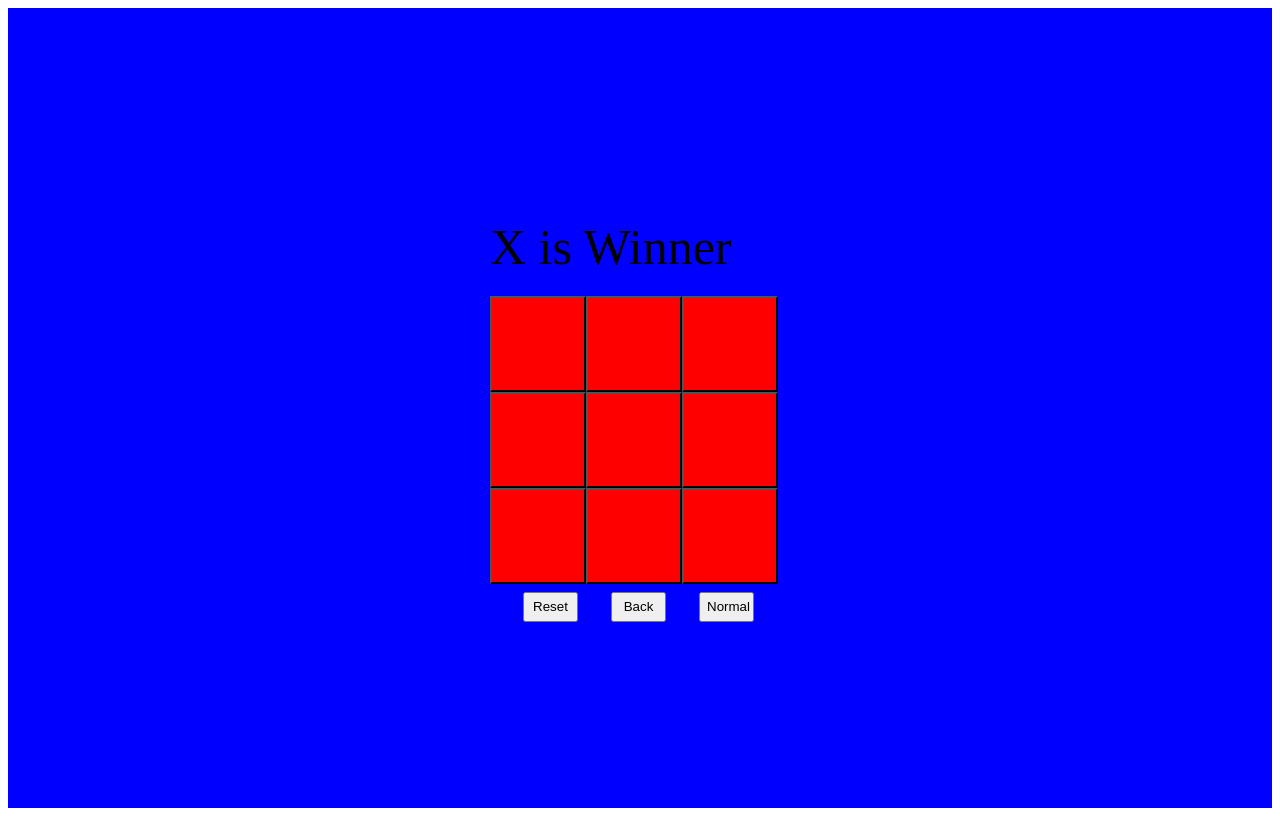
Repository: Mush-s/Folio-OX
Page: /game
An editor plug-in stored every save of this project. The page is shown before and after the next save, followed by the edit.
The browser window is 1280 px wide. The pictures show the whole page.
The project was rebuilt for these pictures with package versions that can differ from the ones it lists, and the page was loaded fresh each time.

Above is the page before, as saved 2022-09-02 11:37:58.

### src/index.js
import { createRoot } from "react-dom/client";
import App from "./App";
const container = document.getElementById("root");
const root = createRoot(container);
root.render(<App />);

### src/App.js
import "./App.css";
import Game from "./Game/Game";

const App = () => {
  return (
    <div className="app">
      <Game />
    </div>
  );
};

export default App;

### src/App.css
.app {
  position: relative;
  height: 50em;
  background-color: blue;
}

### src/Game/Game.js
import { useEffect, useState } from "react";
import Cell from "./Cell";
import { Pattern } from "../Patterns/Pattern";
import GameOver from "../GameOver/GameOver";

import "./Game.css";

const Game = () => {
  const [player, setPlayer] = useState("O");
  const [countDown, setCountDown] = useState(8);
  const [gameOver, setGameOver] = useState(false);
  const [result, setResult] = useState();
  const [mode, setMode] = useState("Normal");
  const [time, setTime] = useState(5);

  const [cellValues, setCellValues] = useState([
    "",
    "",
    "",
    "",
    "",
    "",
    "",
    "",
    "",
  ]);

  useEffect(() => {
    checkWin();
  });

  let timer;
  const updataCount = () => {
    timer = setInterval(() => {
      setTime((preC) => preC - 1);
    }, 1000);

    if (time === 0) {
      clearInterval(timer);
      if (player === "O") {
        setResult("X is Winner");
        setGameOver(true);
      }
      if (player === "X") {
        setResult("O is Winner");
        setGameOver(true);
      }
    }
  };

  useEffect(() => {
    updataCount();
    console.log(time);
    return () => clearInterval(timer);
  });

  useEffect(() => {
    setTime(5);
  }, [player]);

  const isCellEmpty = (index) => cellValues[index] === "";

  //Cell Clicked ここから

  const clickHandler = (index) => {
    if (isCellEmpty(index)) {
      setCountDown(countDown - 1);
      const newCellValues = [...cellValues];
      newCellValues[index] = player;
      setCellValues(newCellValues);

      if (player === "O") {
        setPlayer("X");
      } else {
        setPlayer("O");
      }

      if (countDown === 0) {
        setGameOver(true);
        setResult("引き分けです");
      }
      // Repaint mode 処理
    } else {
      if (mode === "Repaint") {
        setCountDown(countDown - 1);
        const newCellValues = [...cellValues];
        newCellValues[index] = player;
        setCellValues(newCellValues);

        if (player === "O") {
          setPlayer("X");
        } else {
          setPlayer("O");
        }
      }
      setMode("Normal");
    }
  };

  //Reset Button ここから

  const resetHandler = () => {
    setPlayer("O");
    setCountDown(8);
    setCellValues(["", "", "", "", "", "", "", "", ""]);
    setResult();
  };

  //Back button ここから

  const backHandler = () => {
    // setCountDown(countDown + 1);
    // const backedValues = [...cellValues]
    // setCellValues(backedValues)
    // if (player === "O") {
    //   setPlayer("X");
    // } else {
    //   setPlayer("O");
    // }
  };

  //Change button ここから

  const ChangeHandler = () => {
    if (mode === "Normal") {
      setMode("Repaint");
    }
    if (mode === "Repaint") {
      setMode("Normal");
    }
  };
  //勝ち負け判定

  const checkWin = () => {
    Pattern.forEach((currPa) => {
      const firstPlayer = cellValues[currPa[0]];
      if (firstPlayer === "") return;
      console.log(cellValues[currPa[0]]);
      let foundWiiningPattern = true;
      currPa.forEach((i) => {
        if (cellValues[i] !== firstPlayer) {
          foundWiiningPattern = false;
        }
      });

      if (foundWiiningPattern) {
        if (player === "O") {
          setResult("X is Winner");
          setGameOver(true);
        } else {
          setResult("O is Winner");
          setGameOver(true);
        }
      }
    });
  };
  return (
    <div className="game">
      <div className="result">{result}</div>
      {!gameOver && <div className="turn">{player}'s Turn</div>}
      {!gameOver && <p className="timer">You have {time} seconds</p>}
      {cellValues.map((value, index) => (
        <Cell key={index} value={value} onClick={() => clickHandler(index)} />
      ))}
      <GameOver
        mode={mode}
        onClick={resetHandler}
        onBack={backHandler}
        onChange={ChangeHandler}
      />
    </div>
  );
};

export default Game;

### src/Game/Cell.js
import "./Cell.css";

const Cell = (props) => {
  return (
    <div className="cell flat border">
      <button onClick={props.onClick}>{props.value}</button>
    </div>
  );
};

export default Cell;

### src/Patterns/Pattern.js
export const Pattern = [
  [0, 1, 2],
  [3, 4, 5],
  [6, 7, 8],
  [0, 3, 6],
  [1, 4, 7],
  [2, 5, 8],
  [0, 4, 8],
  [2, 4, 6],
];

### src/GameOver/GameOver.js
import "./GameOver.css";

const GameOver = (props) => {
  return (
    <div className="gameover">
      <button onClick={props.onClick}>Reset</button>
      <button onClick={props.onBack}>Back</button>
      <button className="changeMode" onClick={props.onChange}>
        {props.mode}
      </button>
    </div>
  );
};

export default GameOver;

### src/Game/Game.css
.game {
  position: absolute;
  top: 45%;
  left: 50%;
  margin-right: -50%;
  transform: translate(-50%, -50%);
  height: 300px;
  width: 300px;
  display: flex;
  flex-wrap: wrap;
}

.game .result {
  font-size: 50px;
  margin-bottom: 20px;
}

.game .timer{
  font-size:30px;
  margin-bottom:15px;
}

.game .turn{
  font-size: 30px;
}

### src/Game/Cell.css
.cell {
    height: 32%;
    width: 32%;
}
.cell button{
  width:100%;
  height:100%;
  color:aqua;
  background-color: red;
}


  .flat.border:hover {
    background: #ff9300;
    color: #fff;
  }
  .flat.border:active, .flat.border:focus {
    top: 2px;
  }

### src/GameOver/GameOver.css
.gameover {
  text-align: center;
  font-size: 30px;
}

.gameover button {
  width: 55px;
  height: 30px;
  margin-left: 33px;
}

Loaded but not shown: public/index.html (common file)

After the next save:
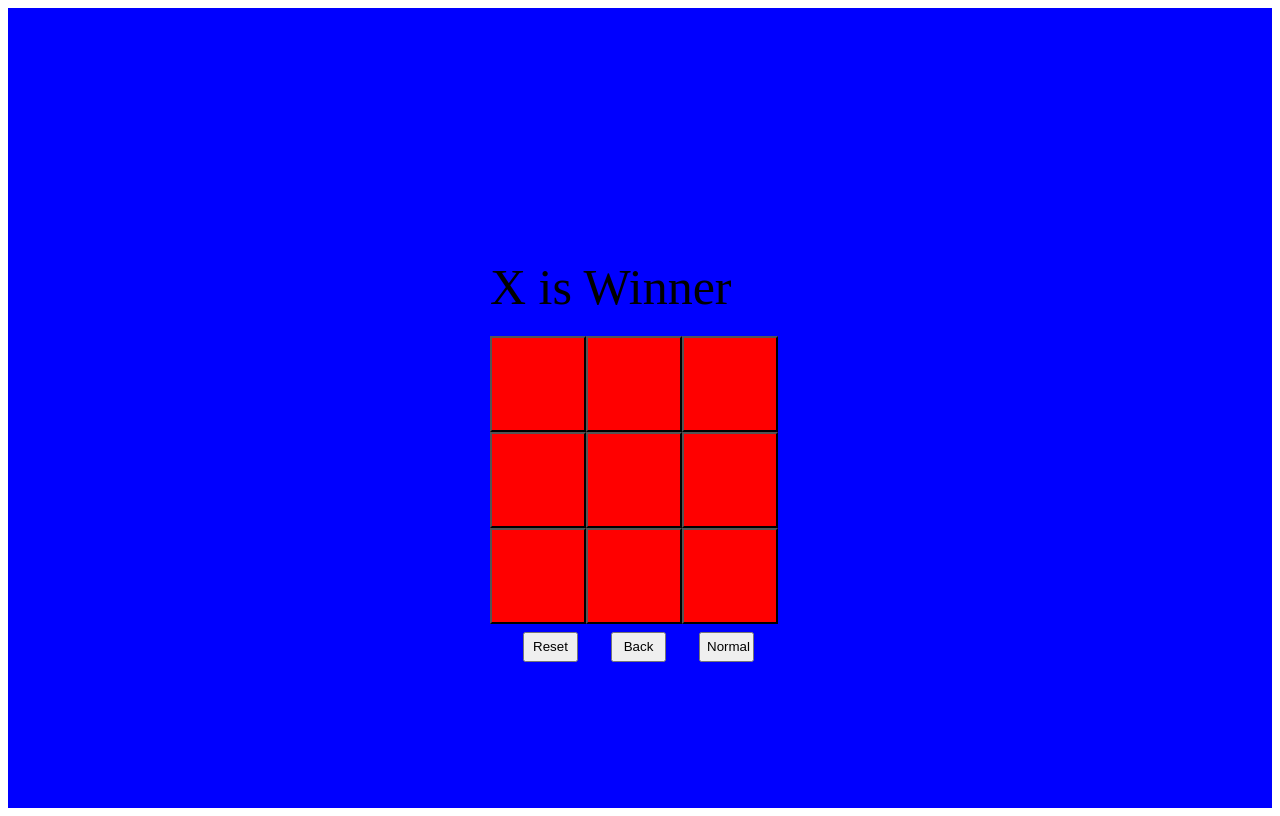
Saved 19 s later.
--- a/src/Game/Game.css
+++ b/src/Game/Game.css
@@ -1,6 +1,6 @@
 .game {
   position: absolute;
-  top: 45%;
+  top: 50%;
   left: 50%;
   margin-right: -50%;
   transform: translate(-50%, -50%);
